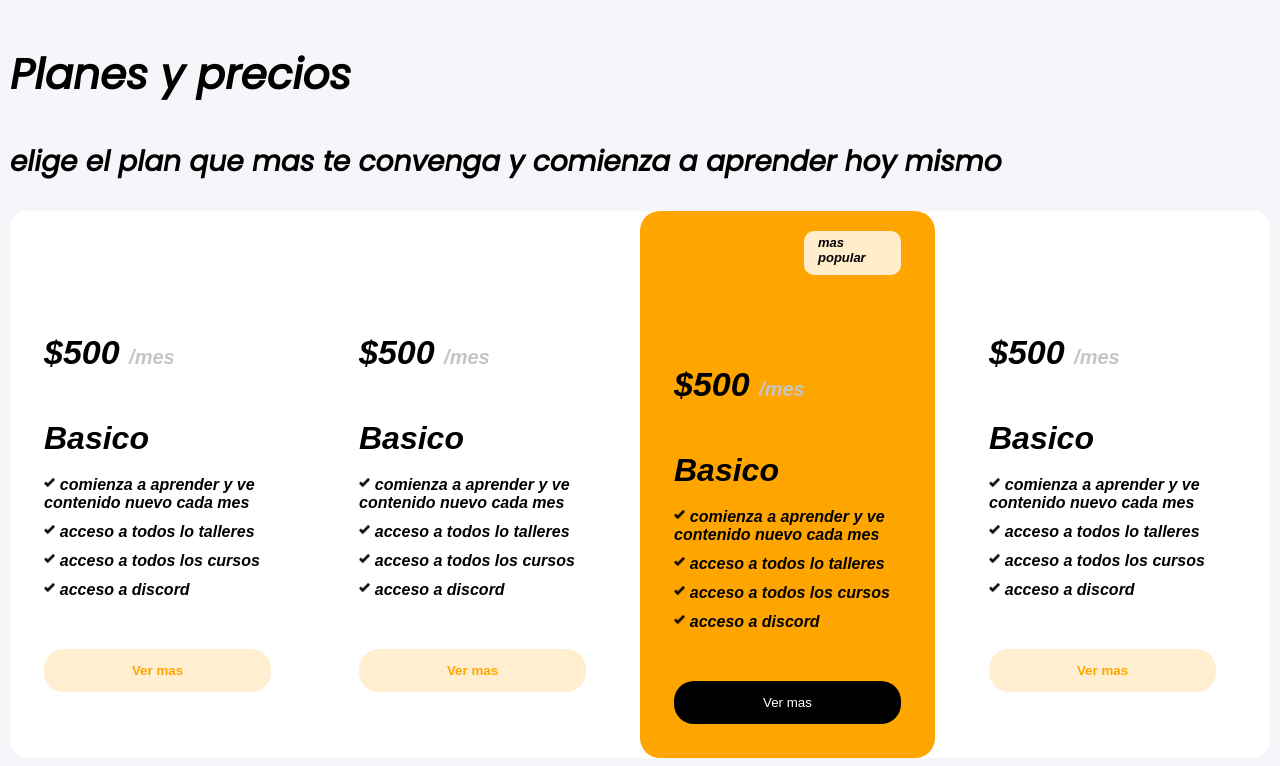
Repository: darkmantiz2/Tarjetas-planes
Page: index.html
These files come from the project's save history. The page is drawn as it stood at one moment and after the next save; the edit follows.
The browser window is 1280 px wide. The pictures show the whole page.

Above is the page before, as saved 2022-01-11 10:58:02.

### index.html
<!DOCTYPE html>
<html lang="en">

<head>
  <meta charset="UTF-8">
  <meta http-equiv="X-UA-Compatible" content="IE=edge">
  <meta name="viewport" content="width=device-width, initial-scale=1.0">
  <link rel="preconnect" href="https://fonts.googleapis.com">
  <link rel="preconnect" href="https://fonts.gstatic.com" crossorigin>
  <link href="https://fonts.googleapis.com/css2?family=Poppins:ital,wght@0,600;0,700;1,400&display=swap"
    rel="stylesheet">
  <link rel="stylesheet" href="./css/index.css">
  <title>Cards Precios</title>
</head>

<body>
  <section class="cards">
    <div class="container">
      <h1 class="contaier-title">
        Planes y precios
      </h1>
      <p class="container-text1">
        elige el plan que mas te convenga y comienza a aprender hoy mismo
      </p>
      <section class="container-card">
        <div class="card">

          <p class="card-price"> $500 <span class="card-month"> /mes</span></p>
          <p class="card-plan">Basico</p>
          <p class="card-description"> <img class="card-icon" src="icons/png-transparent-computer-icons-check-mark-checkbox-palomita-angle-logo-check-mark.png" alt=""> comienza a aprender y ve contenido nuevo cada mes</p>
          <p class="card-item1"><img class="card-icon" src="icons/png-transparent-computer-icons-check-mark-checkbox-palomita-angle-logo-check-mark.png" alt="">  acceso a todos lo talleres</p>
          <p class="card-item2"><img class="card-icon" src="icons/png-transparent-computer-icons-check-mark-checkbox-palomita-angle-logo-check-mark.png" alt=""> acceso a todos los cursos</p>
          <p class="card-item3"><img class="card-icon" src="icons/png-transparent-computer-icons-check-mark-checkbox-palomita-angle-logo-check-mark.png" alt=""> acceso a discord</p>

          <button class="card-button"> Ver mas </button>
        </div>
        <div class="card">
          <p class="card-price"> $500 <span class="card-month"> /mes</span></p>
          <p class="card-plan">Basico</p>
          <p class="card-description"> <img class="card-icon" src="icons/png-transparent-computer-icons-check-mark-checkbox-palomita-angle-logo-check-mark.png" alt=""> comienza a aprender y ve contenido nuevo cada mes</p>
          <p class="card-item1"><img class="card-icon" src="icons/png-transparent-computer-icons-check-mark-checkbox-palomita-angle-logo-check-mark.png" alt="">  acceso a todos lo talleres</p>
          <p class="card-item2"><img class="card-icon" src="icons/png-transparent-computer-icons-check-mark-checkbox-palomita-angle-logo-check-mark.png" alt=""> acceso a todos los cursos</p>
          <p class="card-item3"><img class="card-icon" src="icons/png-transparent-computer-icons-check-mark-checkbox-palomita-angle-logo-check-mark.png" alt=""> acceso a discord</p>

          <button class="card-button"> Ver mas </button>
        </div>
        <div class="card card-orange">
          <label class="card-label">mas popular</label>
          <p class="card-price"> $500 <span class="card-month"> /mes</span></p>
          <p class="card-plan">Basico</p>
          <p class="card-description"> <img class="card-icon" src="icons/png-transparent-computer-icons-check-mark-checkbox-palomita-angle-logo-check-mark.png" alt=""> comienza a aprender y ve contenido nuevo cada mes</p>
          <p class="card-item1"><img class="card-icon" src="icons/png-transparent-computer-icons-check-mark-checkbox-palomita-angle-logo-check-mark.png" alt="">  acceso a todos lo talleres</p>
          <p class="card-item2"><img class="card-icon" src="icons/png-transparent-computer-icons-check-mark-checkbox-palomita-angle-logo-check-mark.png" alt=""> acceso a todos los cursos</p>
          <p class="card-item3"><img class="card-icon" src="icons/png-transparent-computer-icons-check-mark-checkbox-palomita-angle-logo-check-mark.png" alt=""> acceso a discord</p>

          <button class="card-button-orange"> Ver mas </button>
        </div>
        <div class="card">

          <p class="card-price"> $500 <span class="card-month"> /mes</span></p>
          <p class="card-plan">Basico</p>
          <p class="card-description"> <img class="card-icon" src="icons/png-transparent-computer-icons-check-mark-checkbox-palomita-angle-logo-check-mark.png" alt=""> comienza a aprender y ve contenido nuevo cada mes</p>
          <p class="card-item1"><img class="card-icon" src="icons/png-transparent-computer-icons-check-mark-checkbox-palomita-angle-logo-check-mark.png" alt="">  acceso a todos lo talleres</p>
          <p class="card-item2"><img class="card-icon" src="icons/png-transparent-computer-icons-check-mark-checkbox-palomita-angle-logo-check-mark.png" alt=""> acceso a todos los cursos</p>
          <p class="card-item3"><img class="card-icon" src="icons/png-transparent-computer-icons-check-mark-checkbox-palomita-angle-logo-check-mark.png" alt=""> acceso a discord</p>


          <button class="card-button"> Ver mas </button>
        </div>
      </section>




    </div>
  </section>
</body>

</html>

### css/index.css
:root {
  --black: #373737;
  --primary: #ff8e3c;
  --white: #ffffff;
  --grey: #848199;
  --red: #fa513a;
  --grey-2: #a3a3a3;
  --bg: #f5f5fa;
  --headline2: 600 1.75rem/normal Poppins;
  --headline3: 600 1.25rem/1.375rem Poppins;
  --button: 400 0.875rem/1rem Poppins;
  --headline1: 600 3.5rem/normal Poppins;
  --body1-regular: 400 1rem/1.5rem Poppins;
  --body1-bold: 700 1rem/1.5rem Poppins;
  --body2-bold: 700 0.875rem/1.5rem Poppins;
  --body2-regular: 400 0.875rem/1.5rem Poppins;
  --caption-regular: 400 0.75rem/1rem Poppins;
  --caption-bold: 600 0.75rem/1rem Poppins;

}

/*BODDY*/

body {
  color: var(--white);
  background-color: var(--primary);
  font: var(--headline2);
  background: var(--bg);
  font-style: italic;
  font-weight: bold;
}

.container {
  color: black;
}



.container-card {
  display: flex;
  justify-content: center;
  align-items: center;
  max-width: 1260px;
  width: 100%;
  background-color: white;
  border-radius: 16px;
  font-family: arial;
  font-weight: bold;
}

.card-month {
  font-size: 20px;
  color: #c5c5c5;
}

.cards {
  display: flex;
  justify-content: center;
  align-items: center;
}

.card-orange {
  background-color: orange;
  font-size: medium;
}


.card {
  align-items: flex-start;
  display: flex;
  justify-content: center;
  flex-direction: column;
  font-size: 18px;
  width: 334px;
  padding:0 34px 34px;
  border-radius: 20px;
  margin-right: 20px;
  font-size: medium;
  box-sizing: border-box;
}

.card-price {
  margin: 0;
  padding-bottom: 20px;
  padding-top: 90px;
  font-size: 34px;
}


.card-plan {
  margin: 0;
  padding-bottom: 18px;
  padding-top: 28px;
  font-size: xx-large;
  font-weight: bold;
}

.card-icon{
  width: 5%;
}

.card-description {
  margin: 0;
  padding-bottom: 10px;
}

.card-item1 {
  margin: 0;
  padding-bottom: 10px;
}

.card-item2 {
  margin: 0;
  padding-bottom: 10px;
}

.card-item3 {
  margin: 0;
  padding-bottom: 50px;
}

.card-button {
 width: 100%;
  padding: 14px 37px 14px 37px;
  background-color: #ffa50030;
  border-radius: 20px;
  border: none;
  color: orange;
  font-weight: bolder;

}

.card-button-orange {
  width: 100%;
  padding: 14px 37px 14px 37px;
  background-color: black;
  border-radius: 20px;
  color: var(--white);
  border: none;
}

.card-label{
  background-color: rgba(255, 255, 255, 0.801);
  margin-top: 20px;
  margin-left: 130px;
  padding: 4px 14px 10px;
  border-radius: 10px;
  font-size: small;
}


.container {
  color: black;
}



.container-card {
  display: flex;
  justify-content: center;
  align-items: center;
  max-width: 1260px;
  width: 100%;
}

.card-month {
  font-size: 20px;
  color: #c5c5c5;
}

After the next save:
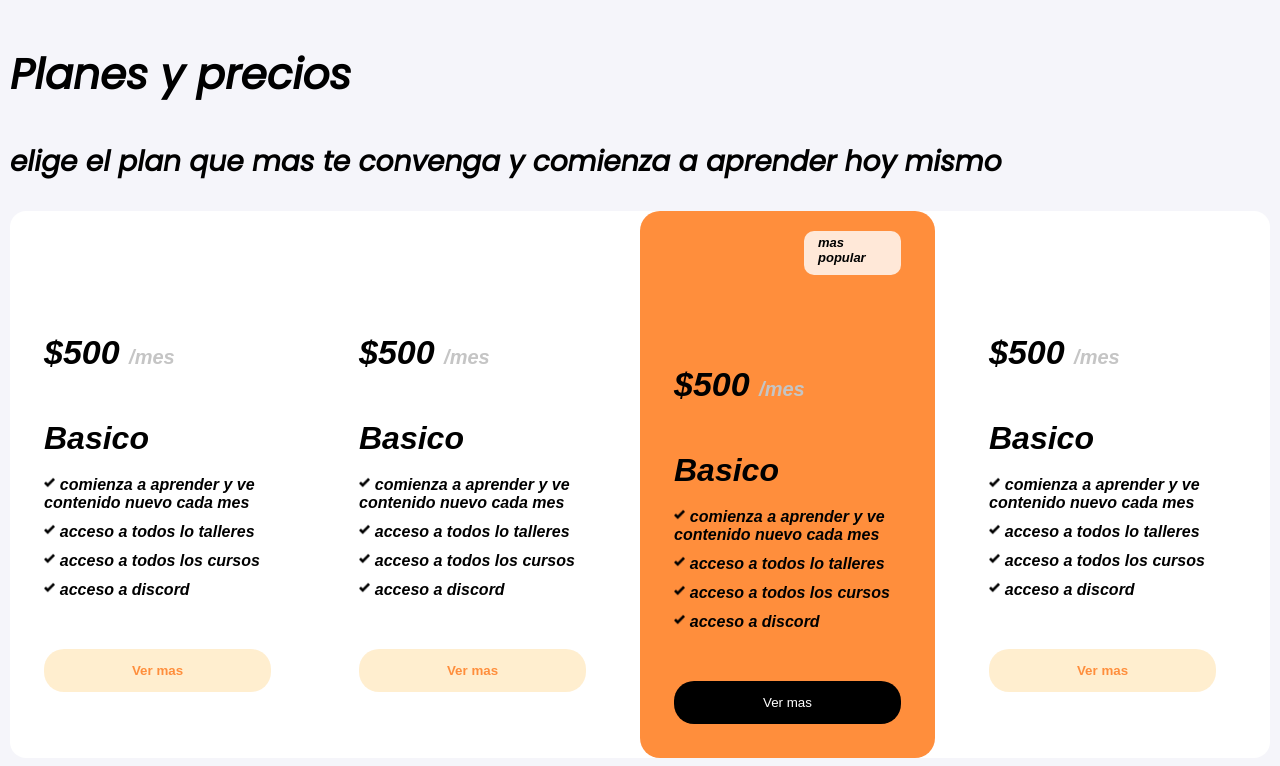
Saved 4 min 26 s later.
--- a/css/index.css
+++ b/css/index.css
@@ -60,7 +60,7 @@ body {
 }
 
 .card-orange {
-  background-color: orange;
+  background-color: var(--primary);
   font-size: medium;
 }
 
@@ -125,7 +125,7 @@ body {
   background-color: #ffa50030;
   border-radius: 20px;
   border: none;
-  color: orange;
+  color: var(--primary);
   font-weight: bolder;
 
 }
